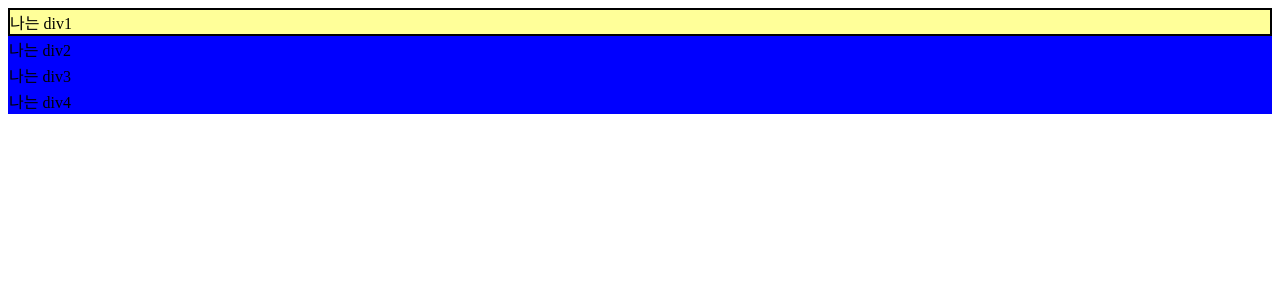
Repository: raccoon304/gugkbi_jsp
Page: HTML5/src/main/webapp/ch01_cssOrder/cssOrder.html
The author's editor kept a copy of each file at every save. The page is drawn from the files as they stood at one save, then again after the next save.
The browser window is 1280 px wide. The pictures show the whole page.

Above is the page before, as saved 2025-11-13 07:30:25.

### HTML5/src/main/webapp/ch01_cssOrder/cssOrder.html
<!DOCTYPE html>
<html>
<head>
<meta charset="UTF-8">
<title>CSS(Cascading Style Sheets)의 우선순위에 대해서 알아본다.</title>

<style type="text/css">
	/* css주석문 */

	div{
		border: dashed 1px blue; /* 테두리 : 점선 두께 1px 파랑색 */
		background-color: blue 	/* 배경색 */
	}

</style>

</head>
<body>
	<!--  HTML 주석문  -->
	<div style ="border: solid 2px black; background-color: #ffff99">나는 div1</div>
	<div>나는 div2</div>
	<div>나는 div3</div>
	<div>나는 div4</div>
</body>
</html>

After the next save:
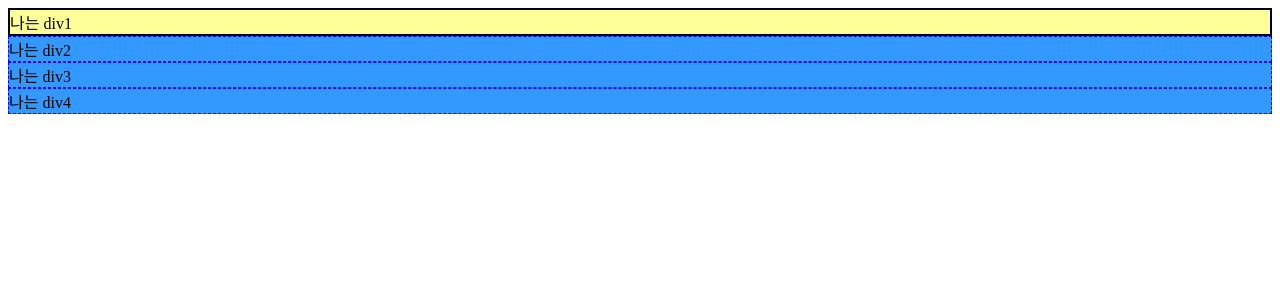
Saved 30 s later.
--- a/HTML5/src/main/webapp/ch01_cssOrder/cssOrder.html
+++ b/HTML5/src/main/webapp/ch01_cssOrder/cssOrder.html
@@ -9,7 +9,7 @@
 
 	div{
 		border: dashed 1px blue; /* 테두리 : 점선 두께 1px 파랑색 */
-		background-color: blue 	/* 배경색 */
+		background-color: #3399ff 	/* 배경색 */
 	}
 
 </style>
